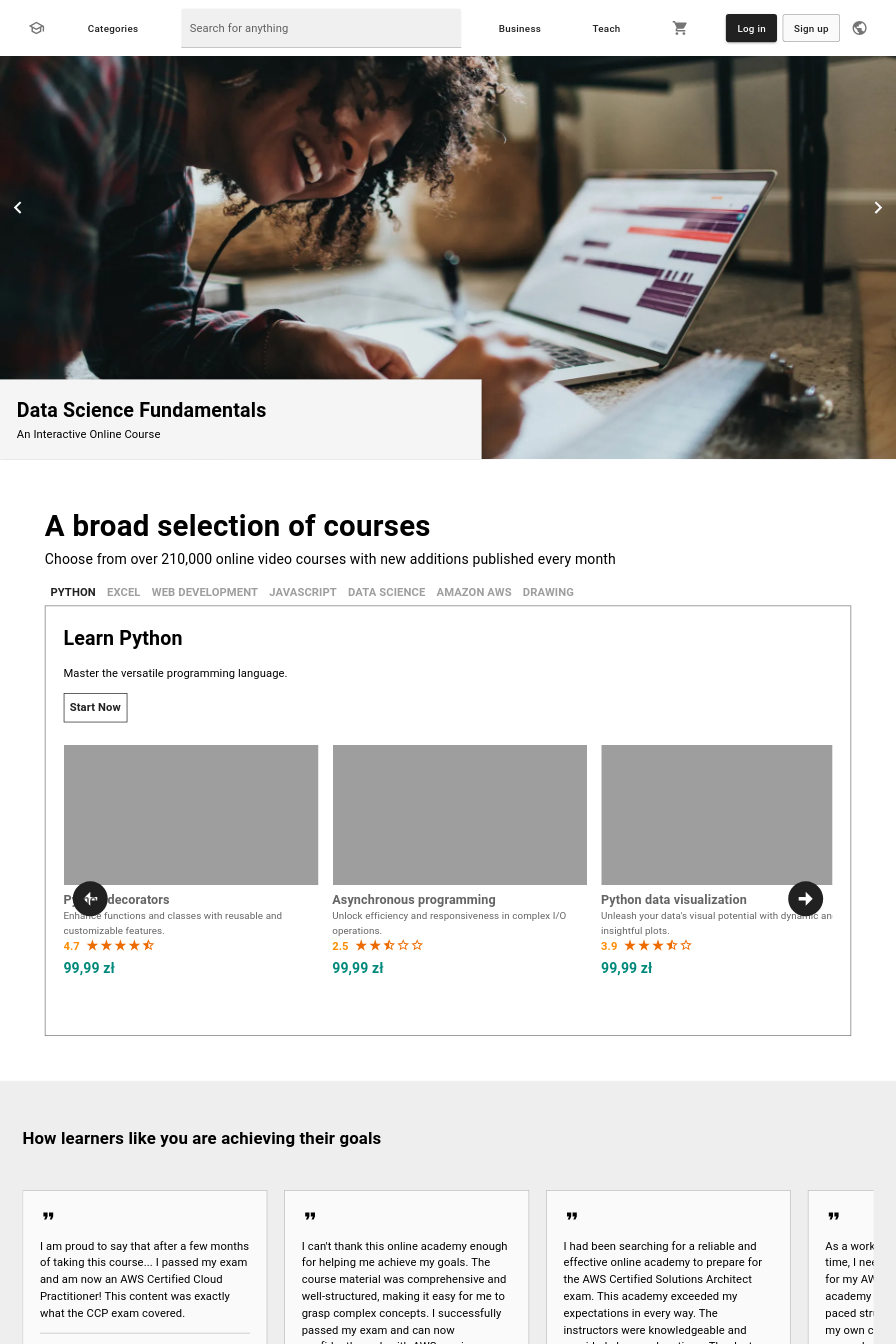
Repository: princ3-web/academy
Page: /
An editor plug-in stored every save of this project. The page is shown before and after a run of saves, followed by the edit.
The browser window is 1280 px wide. The pictures show the part of the page from y = 0 to 1920 px (the page is 5458 px tall), at 70% of full size.
Pictures or frames that could not be fetched are drawn as grey boxes. The project was rebuilt for these pictures with package versions that can differ from the ones it lists, and the page was loaded fresh each time. Also part of the build but not shown: vite.config.js, src/pages/Courses.jsx, src/pages/Business.jsx, src/pages/Teach.jsx.

Above is the page before, as saved 2023-07-12 16:35:40.

### src/main.jsx
import React from "react";
import ReactDOM from "react-dom/client";
import App from "./App.jsx";
import "./index.css";
import { BrowserRouter } from "react-router-dom";


ReactDOM.createRoot(document.getElementById("root")).render(
  <React.StrictMode>
      <BrowserRouter>
        <App />
      </BrowserRouter>
  </React.StrictMode>
);

### src/App.jsx
import { useState } from "react";
import "./css/App.module.css";
import { Route, Routes } from "react-router-dom";
import Home from "./pages/Home";
import Courses from "./pages/Courses";
import Business from "./pages/Business";
import Teach from "./pages/Teach";
import Navbar from "./components/Navbar";
import Bottombar from "./components/Bottombar";
import { ThemeProvider, createTheme } from "@mui/material/styles";

const theme = createTheme({
  palette: {
    primary: {
      main: "rgba(100, 100, 100, 1)",
      light: "rgba(240, 240, 240, 1)",
      dark: "rgba(15, 15, 15, 1)",
    },
  },
});

function App() {
  return (
    <>
      <ThemeProvider theme={theme}>
        <Navbar />
        <Routes>
          <Route path="/" element={<Home />} />
          <Route path="/Courses" element={<Courses />} />
          <Route path="/Business" element={<Business />} />
          <Route path="/Teach" element={<Teach />} />
        </Routes>
        <Bottombar />
      </ThemeProvider>
    </>
  );
}

export default App;

### src/css/App.module.css
  @import url('https://fonts.googleapis.com/css2?family=Lato&display=swap');

  body{
    font-family: 'Lato', sans-serif;
    margin: 0;
    padding: 0;
    overflow-x: hidden;
  }

### src/components/Navbar.jsx
import React from "react";
import navbarStyles from "../css/Navbar.module.css";
import Button from "@mui/material/Button";
import IconButton from "@mui/material/IconButton";
import ShoppingCartIcon from "@mui/icons-material/ShoppingCart";
import PublicOutlinedIcon from "@mui/icons-material/PublicOutlined";
import SchoolOutlinedIcon from "@mui/icons-material/SchoolOutlined";
import { TextField, Box, Hidden } from "@mui/material";
import { grey } from "@mui/material/colors";
import MobileDrawer from "./MobileDrawer";

const Navbar = () => {
  return (
    <Box className={navbarStyles.navbar} px={4}>
      <MobileDrawer />
      <IconButton>
        <SchoolOutlinedIcon />
      </IconButton>
      <Hidden lgDown>
        <Button variant="text" sx={{ color: grey[900], textTransform: "none", mr: 1 }}>
          Categories
        </Button>
      </Hidden>
      <Hidden lgDown>
        <TextField
          id="standard-basic"
          label="Search for anything"
          variant="filled"
          sx={{ width: "400px" }}
        />
      </Hidden>
      <Hidden lgDown>
        <Button variant="text" sx={{ color: grey[900], textTransform: "none", mr: 1 }}>
          Business
        </Button>
        <Button variant="text" sx={{ color: grey[900], textTransform: "none", mr: 1 }}>
          Teach
        </Button>
      </Hidden>
      <IconButton>
        <ShoppingCartIcon />
      </IconButton>
      <Hidden lgDown>
        <div className={navbarStyles.buttons}>
          <Button
            variant="contained"
            sx={{ backgroundColor: grey[900], textTransform: "none", mr: 1 }}
          >
            Log in
          </Button>
          <Button
            variant="outlined"
            sx={{ backgroundColor: grey[50], textTransform: "none", color: grey[900], mr: 1 }}
          >
            Sign up
          </Button>
          <IconButton>
            <PublicOutlinedIcon />
          </IconButton>
        </div>
      </Hidden>
    </Box>
  );
};

export default Navbar;

### src/components/Bottombar.jsx
import React from "react";
import { Box } from "@mui/material";
import { grey } from "@mui/material/colors";
import { links } from "../data/links";
import { Typography } from "@mui/material";
import SchoolOutlinedIcon from "@mui/icons-material/SchoolOutlined";

const Bottombar = () => {
  return (
    <Box position={"relative"} px={4} py={4} height={"200px"} sx={{ backgroundColor: grey[900] }}>
      <Box sx={{ columnCount: 3, width: "50%" }}>
        <Box display={"flex"} flexDirection={"column"} flexWrap={"wrap"}>
          {links.map((item) => (
            <Typography color={grey[200]}>{item}</Typography>
          ))}
        </Box>
      </Box>
      <Box position={"absolute"} color={grey[200]} sx={{ left: 32, bottom: 15 }}>
        <SchoolOutlinedIcon />
      </Box>
      <Typography position={"absolute"} color={grey[200]} sx={{ right: 32, bottom: 15 }}>
        Academy© 2023
      </Typography>
    </Box>
  );
};

export default Bottombar;

### src/components/SingleCarousel.jsx
import React, { useState, useEffect } from "react";
import singleCarouselStyles from "../css/SingleCarousel.module.css";
import Image from "../components/Image";
import KeyboardArrowLeftIcon from "@mui/icons-material/KeyboardArrowLeft";
import KeyboardArrowRightIcon from "@mui/icons-material/KeyboardArrowRight";
import IconButton from "@mui/material/IconButton";
import Box from "@mui/material/Box";
import { grey } from "@mui/material/colors";
import Typography from "@mui/material/Typography";

const SingleCarousel = ({ images }) => {
  const [index, setIndex] = useState(0);
  const [transition, setTransition] = useState(false);
  const [hover, setHover] = useState(false);

  useEffect(() => {
    const interval = setInterval(() => {
      if (!hover) {
        setIndex((state) => (state === images.length - 1 ? 0 : state + 1));
      }
    }, 6000);

    return () => {
      clearInterval(interval);
    };
  }, [hover]);

  const handlePrevious = () => {
    if (!transition) {
      setTransition(true);
      setIndex((state) => (state > 0 ? setIndex(state - 1) : setIndex(images.length - 1)));
      setTimeout(() => setTransition(false), 500);
    }
  };

  const handleNext = () => {
    if (!transition) {
      setTransition(true);
      setIndex((state) => (state < images.length - 1 ? setIndex(state + 1) : setIndex(0)));
      setTimeout(() => setTransition(false), 500);
    }
  };

  return (
    <Box
      className={singleCarouselStyles.slider}
      height={"80vh"}
      sx={{ position: "relative", overflow: "hidden" }}
    >
      {images.map((item, n) => (
        <Box
          sx={{
            position: "absolute",
            justifyContent: "center",
            alignContent: "center",
            width: "100%",
            height: "80vh",
            transition: "0.5s",
            filter: n === index ? "Opacity(1)" : "Opacity(0)",
          }}
        >
          <Image
            src={item.image}
            height={"80vh"}
            objectFit={"cover"}
          />
          <Box
            p={3}
            sx={{
              position: "absolute",
              bottom: 0,
              zIndex: 1,
              boxShadow: 10,
              width: "50%",
              backgroundColor: grey[100],
            }}
          >
            <Typography fontSize={28} fontWeight={600}>
              {item.name}
            </Typography>
            <Typography fontSize={16}>{item.description}</Typography>
          </Box>
        </Box>
      ))}
      <div className={singleCarouselStyles.arrows}>
        <IconButton
          onClick={handlePrevious}
          onMouseOver={() => setHover(true)}
          onMouseLeave={() => setHover(false)}
        >
          <KeyboardArrowLeftIcon
            fontSize="large"
            style={{ color: grey[50] }}
            className={singleCarouselStyles.arrow}
          />
        </IconButton>
        <IconButton
          onClick={handleNext}
          onMouseOver={() => setHover(true)}
          onMouseLeave={() => setHover(false)}
        >
          <KeyboardArrowRightIcon
            fontSize="large"
            style={{ color: grey[50] }}
            className={singleCarouselStyles.arrow}
          />
        </IconButton>
      </div>
    </Box>
  );
};

export default SingleCarousel;

### src/data/testimonials.jsx
export const testimonials = [
  {
    name: "J. Wills",
    text: "I am proud to say that after a few months of taking this course... I passed my exam and am now an AWS Certified Cloud Practitioner! This content was exactly what the CCP exam covered.",
  },
  {
    name: "L. Thompson",
    text: "I can't thank this online academy enough for helping me achieve my goals. The course material was comprehensive and well-structured, making it easy for me to grasp complex concepts. I successfully passed my exam and can now confidently work with AWS services.",
  },
  {
    name: "A. Rodriguez",
    text: "I had been searching for a reliable and effective online academy to prepare for the AWS Certified Solutions Architect exam. This academy exceeded my expectations in every way. The instructors were knowledgeable and provided clear explanations. Thanks to their guidance, I cleared the exam with flying colors!",
  },
  {
    name: "S. Patel",
    text: "As a working professional with limited time, I needed a flexible learning option for my AWS certification. This online academy provided exactly that. The self-paced structure allowed me to study at my own convenience, and the practice exams helped me assess my progress. I'm thrilled to have earned my AWS Certified Developer certification.",
  },
  {
    name: "E. Thompson",
    text: "I highly recommend this online academy to anyone aspiring to become an AWS Certified SysOps Administrator. The course materials were comprehensive, and the hands-on labs provided valuable practical experience. The instructors were responsive to questions, ensuring a supportive learning environment. I'm proud to have achieved my certification!",
  },
  {
    name: "M. Adams",
    text: "Enrolling in this online academy was the best decision I made to advance my career in cloud computing. The instructors' expertise and teaching style made complex AWS topics easy to understand. The interactive learning platform and engaging videos kept me motivated throughout the course. I'm now an AWS Certified Solutions Architect and couldn't be happier!",
  },
];

### src/data/images.jsx
import image0 from "../assets/images/image0.webp";
import image1 from "../assets/images/image1.webp";
import image2 from "../assets/images/image2.webp";
import image3 from "../assets/images/image3.webp";
import image4 from "../assets/images/image4.webp";
import image5 from "../assets/images/image5.webp";

export const images = [
    {
      name: "Mastering Web Development",
      description: "A Comprehensive Online Guide",
      image: image0,
    },
    {
      name: "Data Science Fundamentals",
      description: "An Interactive Online Course",
      image: image1,
    },
    {
      name: "Cybersecurity Essentials",
      description: "Online Training for Secure Networks",
      image: image2,
    },
    {
      name: "Mobile App Development",
      description: "Learn to Build for iOS and Android Online",
      image: image3,
    },
    {
      name: "Cloud Computing Mastery",
      description: "Online Course for AWS, Azure, and Google Cloud",
      image: image4,
    },
    {
      name: "Artificial Intelligence and Machine Learning",
      description: "Online Training for Future Innovators",
      image: image5,
    },
  ];

### src/data/categories.jsx
import business from "../assets/icons/business.png";
import photography from "../assets/icons/photography.png";
import development from "../assets/icons/development.png";
import marketing from "../assets/icons/marketing.png";
import design from "../assets/icons/design.png";
import music from "../assets/icons/music.png";
import personalDevelopment from "../assets/icons/personalDevelopment.png";
import software from "../assets/icons/software.png";

export const categories = [
  {
    name: "Design",
    icon: design,
    students: 387521,
    array: ["Photoshop", "Graphic Design", "Drawing"],
  },
  {
    name: "Development",
    icon: development,
    students: 908734,
    array: ["Python", "Web Development", "Machine learning"],
  },
  {
    name: "Marketing",
    icon: marketing,
    students: 621042,
    array: ["PR", "Branding", "Online marketing"],
  },
  {
    name: "IT and Software",
    icon: software,
    students: 451293,
    array: ["Amazon AWS", "Ethical Hacking", "Cyber Security"],
  },
  {
    name: "Personal Development",
    icon: personalDevelopment,
    students: 743985,
    array: ["Leadership", "Happiness", "Creativity"],
  },
  {
    name: "Business",
    icon: business,
    students: 589723,
    array: ["Financial Analysis", "SQL", "PMP"],
  },
  {
    name: "Photography",
    icon: photography,
    students: 324567,
    array: ["Portrait photography", "Landscape photography", "Video photography"],
  },
  {
    name: "Music",
    icon: music,
    students: 870234,
    array: ["Instruments", "Vocal", "Music production"],
  },
];

### src/components/TestimonialCard.jsx
import React from "react";
import { Box, Typography } from "@mui/material";
import { grey } from "@mui/material/colors";
import FormatQuoteIcon from "@mui/icons-material/FormatQuote";

const TestimonialCard = ({ width, name, text }) => {
  return (
    <Box sx={{ width: width, backgroundColor: grey[50], border: "1px solid" + grey[400] }} p={3} my={3} mr={3}>
      <FormatQuoteIcon />
      <Typography fontSize={16} mt={2}>
        {text}
      </Typography>
      <Box my={2} sx={{ borderTop: "1px solid" + grey[400] }}></Box>
      <Typography fontSize={18} fontWeight={600}>
        {name}
      </Typography>
    </Box>
  );
};

TestimonialCard.defaultProps = {
  width: 300,
};

export default TestimonialCard;

### src/components/Image.jsx
import React from "react";
import image from "../assets/icons/image.png";
import { Box } from "@mui/material";

const Image = ({width, height, src, objectFit }) => (
  <Box>
    <img src={src} style={{ objectFit: objectFit, height: height, width: width }} alt="" />
  </Box>
);

Image.defaultProps = {
  src: image,
  objectFit: "cover",
  width: "100%",
  height: "100%",
};

export default Image;

### src/components/OpinionCard.jsx
import { Typography } from "@mui/material";
import React from "react";
import AccountCircleIcon from "@mui/icons-material/AccountCircle";
import { Box } from "@mui/material";
import FormatQuoteIcon from "@mui/icons-material/FormatQuote";
import Button from "@mui/material/Button";
import { green, grey } from "@mui/material/colors";
import faceFemale from "../assets/icons/faceFemale.png";
import faceMale from "../assets/icons/faceMale.png";
import Image from "./Image";

const OpinionCard = ({ name, text, role, gender, workplace }) => {
  return (
    <Box display={"flex"} justifyContent={"space-between"} width={"60vw"} px={4}>
      <Box
        width={"50%"}
        display={"flex"}
        flexDirection={"column"}
        alignItems={"flex-start"}
        justifyContent={"space-between"}
      >
        <FormatQuoteIcon />
        <Typography>{text}</Typography>
        <Button>
          <Typography color={grey[900]}>Read full story</Typography>
        </Button>
      </Box>
      <Box
        width={"50%"}
        display={"flex"}
        flexDirection={"column"}
        alignItems={"center"}
        justifyContent={"center"}
      >
        <Box borderRadius={"100%"} overflow={"hidden"}>
          <Image src={gender === "female" ? faceFemale : faceMale} width={150} />
        </Box>
        <Typography fontSize={20} fontWeight={600}>
          {name}
        </Typography>
        <Typography color={grey[600]}> {role}</Typography>
        <Typography>{workplace}</Typography>
      </Box>
    </Box>
  );
};

export default OpinionCard;

### src/data/opinions.jsx
export const opinions = [
  {
    name: "Jane Hemgen",
    gender: "female",
    role: "Principal",
    workplace: "TechLink Industries",
    text: "Thanks to Academy Business, TechLink Industries has armed our workforce with highly relevant and in-demand tech skills, enabling consultants to stay ahead of big data trends and meet client demand.",
  },
  {
    name: "Michael Reynolds",
    gender: "male",
    role: "Software Engineer",
    workplace: "InnovateTech Solutions",
    text: "Academy Business has been a game-changer for our engineering teams at InnovateTech Solutions. The platform offers a vast array of courses covering the latest technologies, allowing our engineers to upskill and deliver innovative solutions.",
  },
  {
    name: "Emily Thompson",
    gender: "female",
    role: "Marketing Manager",
    workplace: "Globex Corporation",
    text: "Academy Business has been instrumental in upskilling our marketing team at Globex Corporation. The courses on digital marketing strategies and analytics have helped us stay ahead in a highly competitive industry.",
  },
  {
    name: "David Ramirez",
    gender: "male",
    role: "Product Manager",
    workplace: "InnovaTech",
    text: "Academy Business has become our go-to platform for professional development at InnovaTech. The courses on agile methodologies and product management have empowered our teams to deliver high-quality software products.",
  },
  {
    name: "Sophia Chen",
    gender: "female",
    role: "Data Analyst",
    workplace: "DataTech Solutions",
    text: "As a data analyst at DataTech Solutions, I rely on Academy Business to stay updated with the latest data analysis techniques and tools. The platform's courses have helped me enhance my skills and make more informed data-driven decisions.",
  },
  {
    name: "Daniel Lee",
    gender: "male",
    role: "UX Designer",
    workplace: "PixelWave Technologies",
    text: "Academy Business has been a valuable resource for our UX design team at PixelWave Technologies. The platform offers a wide range of courses on user research, interaction design, and prototyping tools, allowing our designers to deliver exceptional user experiences.",
  },
];

### src/css/Navbar.module.css
.navbar {
  display: flex;
  align-items: center;
  justify-content: space-between;
  box-sizing: border-box;
  background-color: var(--gray-50);
  height: 5rem;
  width: 100%;
}


.buttons {
  display: flex;
}

### src/components/MobileDrawer.jsx
import React, { useState } from "react";
import { Box, Drawer, List, ListItem, ListItemIcon, ListItemText, Hidden } from "@mui/material";
import MenuIcon from "@mui/icons-material/Menu";

const MobileDrawer = () => {
  const [isDrawerOpen, setIsDrawerOpen] = useState(false);

  const handleDrawerToggle = () => {
    setIsDrawerOpen(!isDrawerOpen);
  };

  return (
    <Hidden smUp>
      <Box>
        <button onClick={handleDrawerToggle}>
          <MenuIcon />
        </button>
        <Drawer anchor="left" open={isDrawerOpen} onClose={handleDrawerToggle}>
          <List>
            <ListItem button>
              <ListItemIcon>{/* Add icon here */}</ListItemIcon>
              <ListItemText primary="Item 1" />
            </ListItem>
          </List>
        </Drawer>
      </Box>
    </Hidden>
  );
};

export default MobileDrawer;

### src/data/links.jsx
export const links = [
    "Academy Business",
    "Teach on Academy",
    "Get the app",
    "About us",
    "Contact us",
    "Careers",
    "Blog",
    "Help and Support",
    "Affiliate",
    "Investors",
    "Terms",
    "Privacy policy",
    "Sitemap",
    "Accessibility statement"
]

### src/css/SingleCarousel.module.css

.arrows {
  position: absolute;
  display: flex;
  justify-content: space-between;
  align-items: center;
  align-self: center;
  position: absolute;
  z-index: 100;
  width: 100%;
  height: 60vh;
  left: 0%;
  top: 0%;
}

.arrow {
  cursor: pointer;
}

### src/components/StarRating.jsx
import React from "react";
import StarOutlineIcon from "@mui/icons-material/StarOutline";
import StarRateIcon from "@mui/icons-material/StarRate";
import StarHalfIcon from "@mui/icons-material/StarHalf";

const StarRating = ({ rating }) => {
  const stars = [];

  // Create an array of five stars
  for (let i = 1; i <= 5; i++) {
    let starIcon;
    if (i <= rating) {
      starIcon = <StarRateIcon color="warning" fontSize="small" />;
    } else if (i - rating <= 0.5) {
      starIcon = <StarHalfIcon color="warning" fontSize="small" />;
    } else {
      starIcon = <StarOutlineIcon color="warning" fontSize="small" />;
    }

    stars.push(starIcon);
  }

  return <div>{stars}</div>;
};

export default StarRating;

### src/components/CourseCardTooltip.jsx
import React, { useRef } from "react";
import { Box } from "@mui/material";
import { grey, teal } from "@mui/material/colors";
import { Typography } from "@mui/material";

const CourseCardTooltip = ({ display, placement, title, text }) => {
  return (
    <Box
      width={250}
      position={"absolute"}
      display={display}
      border={"1px solid" + grey[600]}
      sx={{ backgroundColor: grey[50], boxShadow: 3 }}
      right={"5%"}
      top={0}
      zIndex={1}
      p={2}
    >
      <Typography fontSize={24} fontWeight={600} mb={1}>
        {title}
      </Typography>
      <Typography fontSize={12} fontWeight={600} color={teal[600]}>
        Updated February 2023
      </Typography>
      <Typography fontSize={14} color={grey[600]}>
        9.5 total hours · All Levels · Subtitles
      </Typography>
      <Typography fontSize={16} my={1}>
        {text}
      </Typography>
    </Box>
  );
};

export default CourseCardTooltip;

Loaded but not shown: index.html (common file); src/pages/Home.jsx (207 lines, source omitted); src/data/courses.jsx (185 lines, source omitted); src/components/MultipleCarousel.jsx (105 lines, source omitted); src/components/CourseCard.jsx (75 lines, source omitted); src/index.css (no stored copy; drawn as an empty file)

After the next 13 saves:
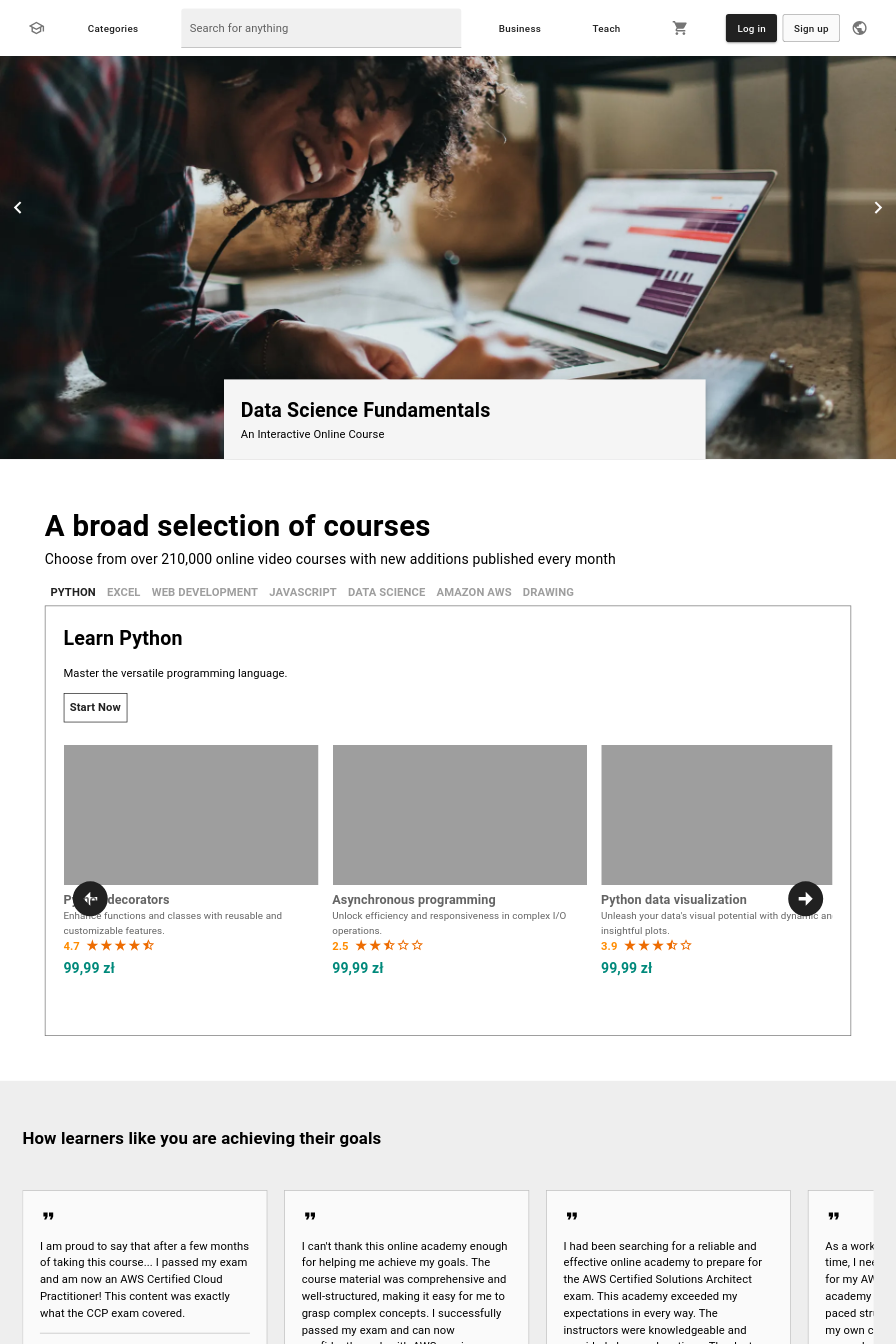
The 13 saves are shown as one change because they came seconds apart.
The last was saved 25 s later.
--- a/src/components/SingleCarousel.jsx
+++ b/src/components/SingleCarousel.jsx
@@ -69,6 +69,7 @@
             sx={{
               position: "absolute",
               bottom: 0,
+              left: "25%",
               zIndex: 1,
               boxShadow: 10,
               width: "50%",
